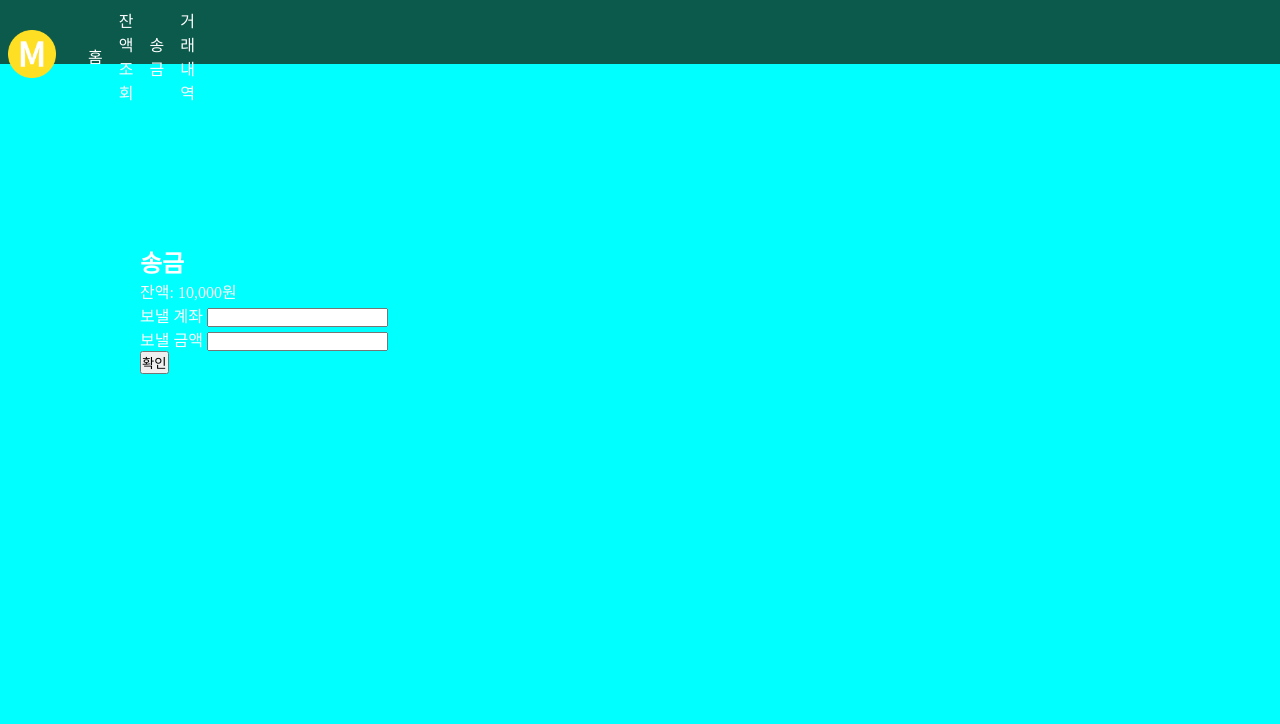
Repository: JiNookk/makaobank
Page: week06/makaoBank/transfer.html
An editor plug-in stored every save of this project. The page is shown before and after the next save, followed by the edit.
The browser window is 1280 px wide. The pictures show the whole page.

Above is the page before, as saved 2022-09-13 16:57:02.

### week06/makaoBank/transfer.html
<!DOCTYPE html>
<html lang="ko">
    <head>
        <meta charset="UTF-8">
        <title>마카오 뱅크</title>
        <!-- <link rel="favicon for makaoBank" href="./resources/logo.png"> favicon나중에 넣어보기-->
        <link rel="stylesheet" href="./css/reset.css">
        <link rel="stylesheet" href="./css/layout.css">
        <link rel="stylesheet" href="./css/elements.css">
    </head>
    <body>
        <header>
            <section >
                <nav id="nav-item-container">
                    <a href="./index.html">
                        <img id="home-logo" alt="makaoBank home Button" src="./resources/logo.png">
                    </a>
                    <a href="./index.html">홈</a>
                    <a href="./amount.html">잔액조회</a>
                    <a href="./transfer.html">송금</a>
                    <a href="./transaction.html">거래내역</a>
                 </nav>
            </section>
        </header>
        <main>
            <section>
                <h1>송금</h1>
                <p>
                    잔액: 10,000원
                </p>
                <form action="" method="get">
                    <div>
                        <label for="account">보낼 계좌</label>
                        <input type="account" value="">
                    </div>

                    <div>
                        <label for="amount">보낼 금액</label>
                        <input type="amount" value="">
                    </div>

                    <div>
                        <button type="submit">확인</button>
                    </div>

                </form>
            </section>
        </main>
    </body>
</html>

### week06/makaoBank/css/reset.css
* {
    box-sizing: border-box;
    margin: 0px;
    padding: 0px;
}

### week06/makaoBank/css/layout.css
body{
    display: grid;
    grid: 4rem 180px 300px 180px / 1fr 500px 500px 1fr;

    grid-template-areas:
    "header header header header"
    ". . . ."
    ". main main ."
    ". . . .";

    color: white;
    background-color: aqua;
}

header{
    grid-column-start: span 4;
    grid-area:header;

    display: grid;
    grid-template-columns: 1fr 500px 500px 1fr;

    height: 4rem;
    background-color: rgb(11,90,76);
}

nav{
    grid-column-start: 2;
    grid-row-start: 1;
}

nav *{
    margin-right: 1rem;
}

main{
    grid-area: main;
}

aside{
    grid-area: aside;
}

### week06/makaoBank/css/elements.css
/* aside>div{
    background-image: url("../resources/saving.png");
    width: 100%;
    height: 100%;
} */

a{
    color: white;
    text-decoration: none;
}

#nav-item-container{
    display: flex;

    align-items: center;

    padding: .5rem;
}

#home-items-container{
    display: flex;
}

#home-logo{
    height: 3rem;
}

#home-description{
    font-size: 1.8rem;

    display: flex;
    flex-direction: column;
    align-items: center;

    width: 500px;
}

#home-description button{
    font-size: .6rem;

    justify-self: center;
    margin: .3rem;
    margin-top: 3rem;

    background-color: rgb(11,90,76);
    color: white;

    width: 160px;
    height: 65px;

    border-radius: 2.3rem;
}

#saving-image{
    width: 72vh;
    height: 40vh;
}

After the next save:
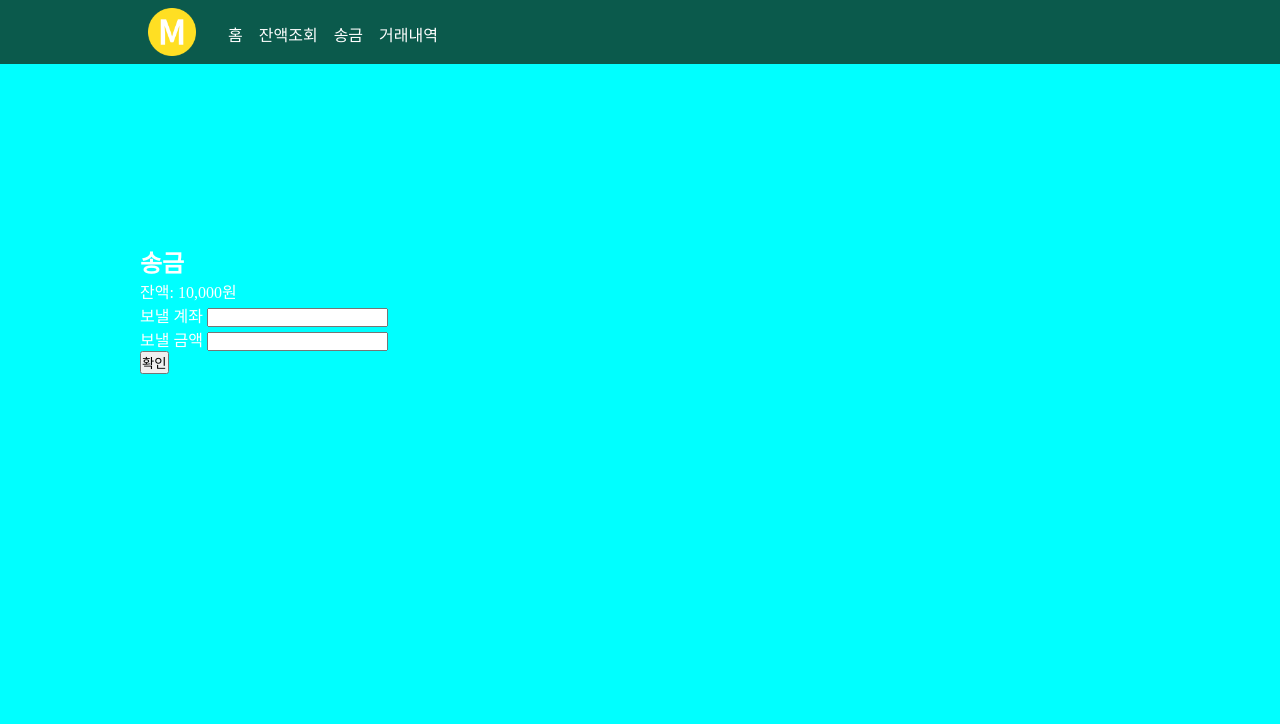
Saved 19 s later.
--- a/week06/makaoBank/transfer.html
+++ b/week06/makaoBank/transfer.html
@@ -10,17 +10,15 @@
     </head>
     <body>
         <header>
-            <section >
-                <nav id="nav-item-container">
-                    <a href="./index.html">
-                        <img id="home-logo" alt="makaoBank home Button" src="./resources/logo.png">
-                    </a>
-                    <a href="./index.html">홈</a>
-                    <a href="./amount.html">잔액조회</a>
-                    <a href="./transfer.html">송금</a>
-                    <a href="./transaction.html">거래내역</a>
-                 </nav>
-            </section>
+            <nav id="nav-item-container">
+                <a href="./index.html">
+                    <img id="home-logo" alt="makaoBank home Button" src="./resources/logo.png">
+                </a>
+                <a href="./index.html">홈</a>
+                <a href="./amount.html">잔액조회</a>
+                <a href="./transfer.html">송금</a>
+                <a href="./transaction.html">거래내역</a>
+                </nav>
         </header>
         <main>
             <section>
